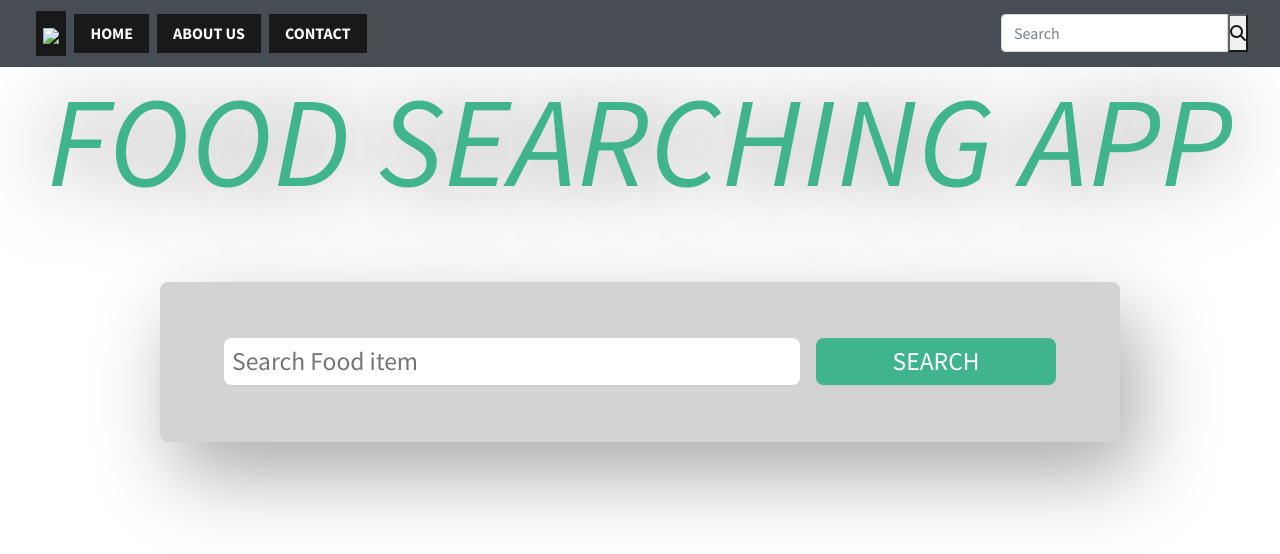
Repository: priyavmehta/React-Food-Recipe-App
Page: /
These files come from the project's save history. The page is drawn as it stood at one moment and after the next save; the edit follows.
The browser window is 1280 px wide. The pictures show the whole page.
Some web libraries are served in a nearby version. The project was rebuilt for these pictures with package versions that can differ from the ones it lists, and the page was loaded fresh each time. Also part of the build but not shown: src/Components/RecipeDetails.js, src/Components/Recipe.js, src/Components/Alert.js.

Above is the page before, as saved 2020-07-11 22:28:12.
Not found: img/dish.png

After the next save:
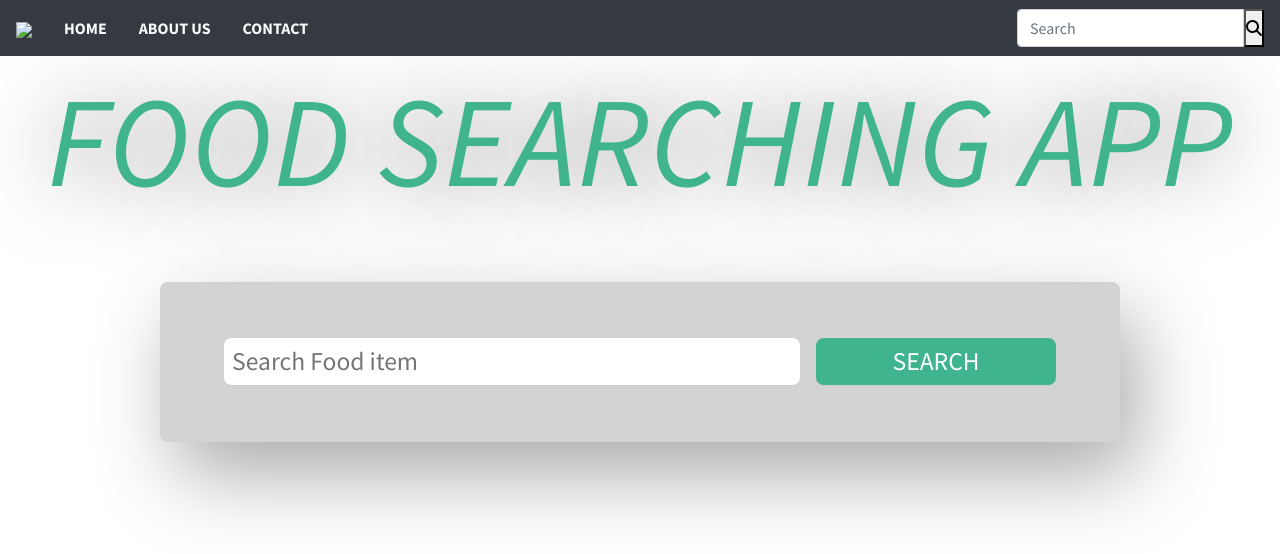
Saved 30 s later.
--- a/src/App.css
+++ b/src/App.css
@@ -154,9 +154,9 @@ h1 {
   font-size: 1.3rem;
 }
 
-.navbar {
-  /* display: flex; */
-  /*justify-content: space-between;*/
+/* .navbar {
+  display: flex; */
+  /*justify-content: space-between;
   align-items: center;
   padding: 0.7rem 2rem;
   z-index: 1;
@@ -189,4 +189,4 @@ h1 {
 .bg-primary {
   background: var(--primary-color);
   color: #fff;
-}
+} */
